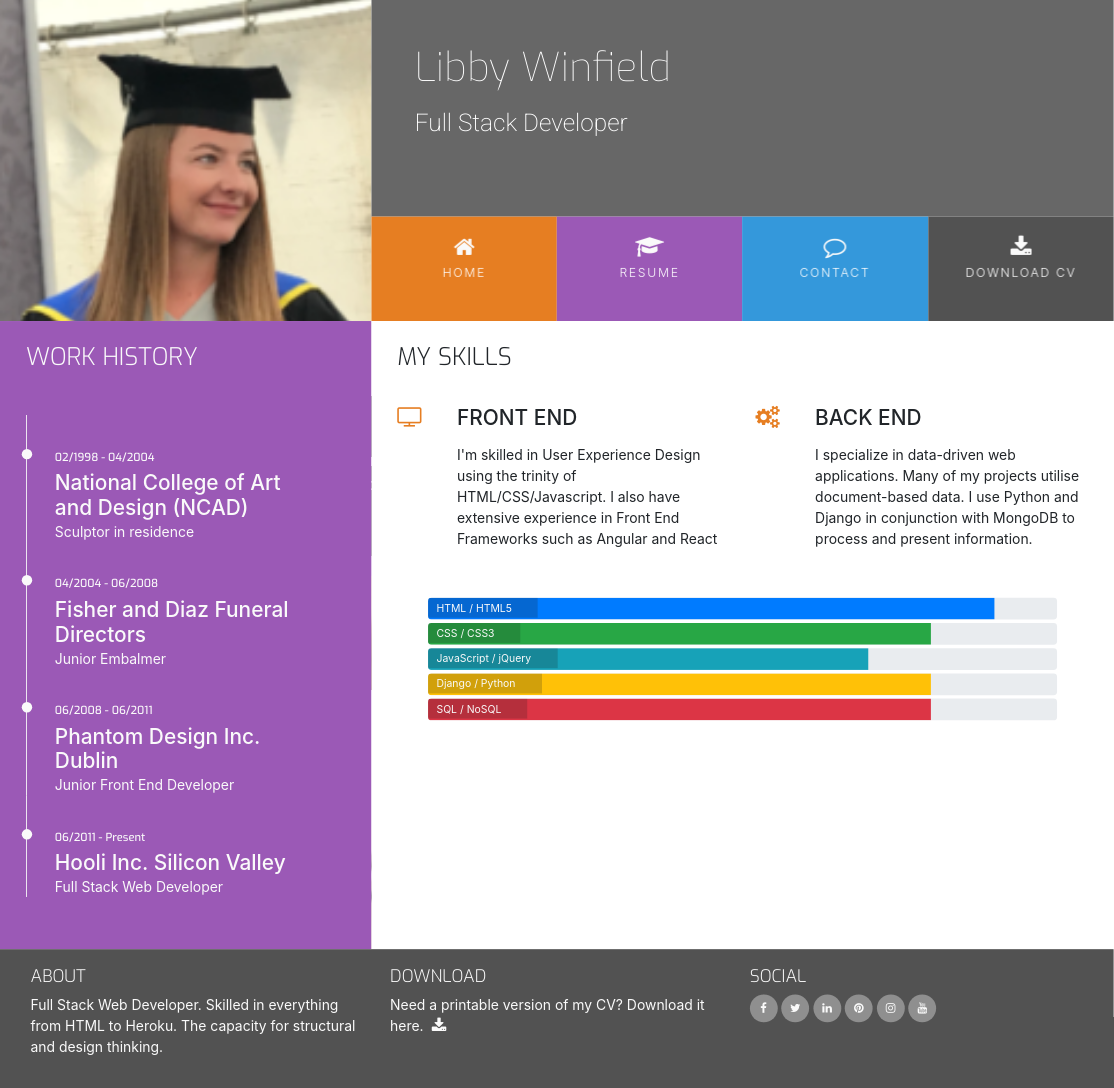
Repository: LibbyWin/CV
Page: resume.html
The author's editor kept a record of every edit. The page is drawn from the files as they stood at one moment, then again after the next edit.
The browser window is 1280 px wide. The pictures show the whole page, at 87% of full size.
Some web libraries are served in a nearby version.

Above is the page before.

After the next edit:
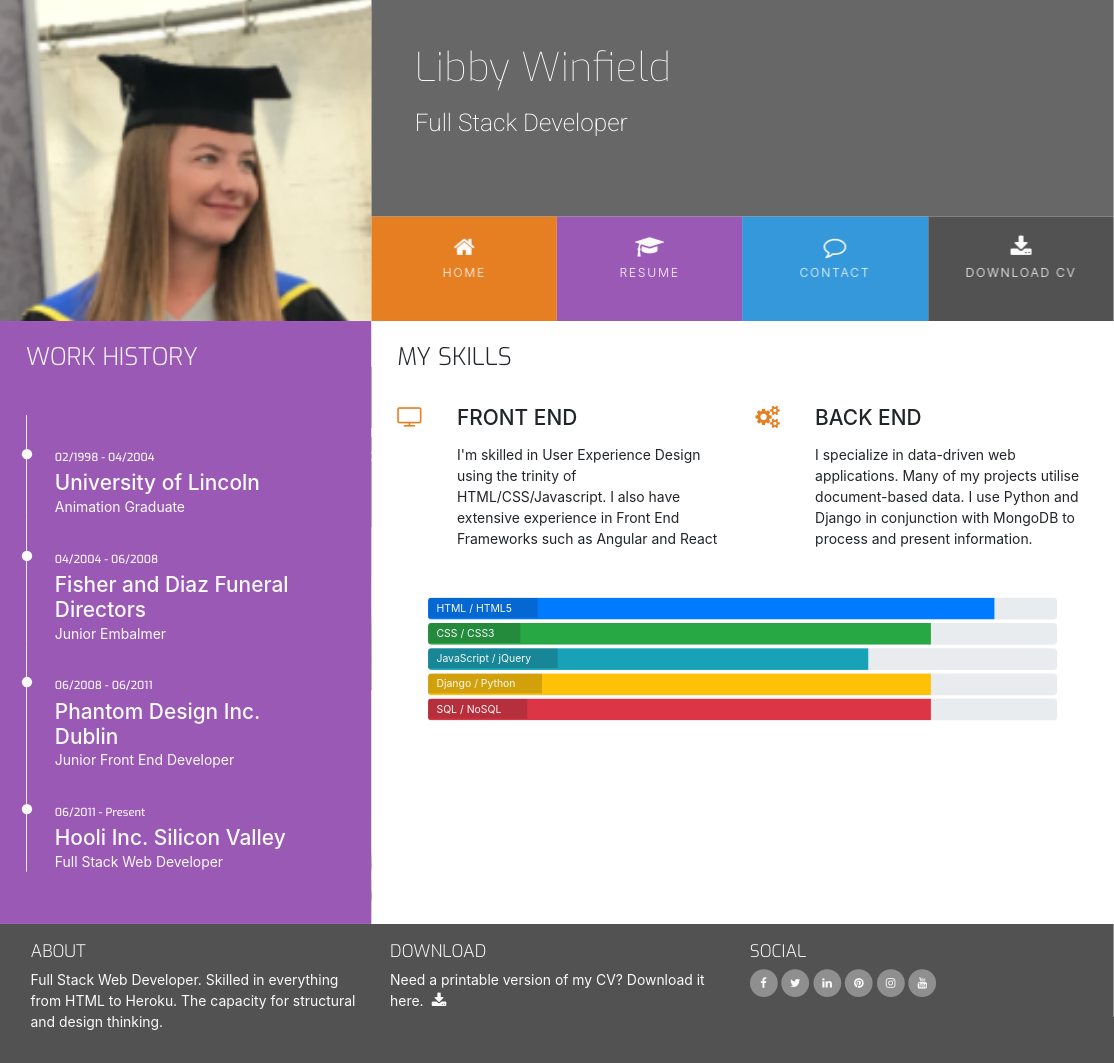
The edit:
--- a/resume.html
+++ b/resume.html
@@ -54,8 +54,8 @@
                 </div>
                 <div class="history-items">
                     <div class="timeline-item" data-dates="02/1998 - 04/2004">
-                        <h4>National College of Art and Design (NCAD)</h4>
-                        <p>Sculptor in residence</p>
+                        <h4>University of Lincoln</h4>
+                        <p>Animation Graduate</p>
                     </div>
                     <div class="timeline-item" data-dates="04/2004 - 06/2008">
                         <h4>Fisher and Diaz Funeral Directors</h4>
